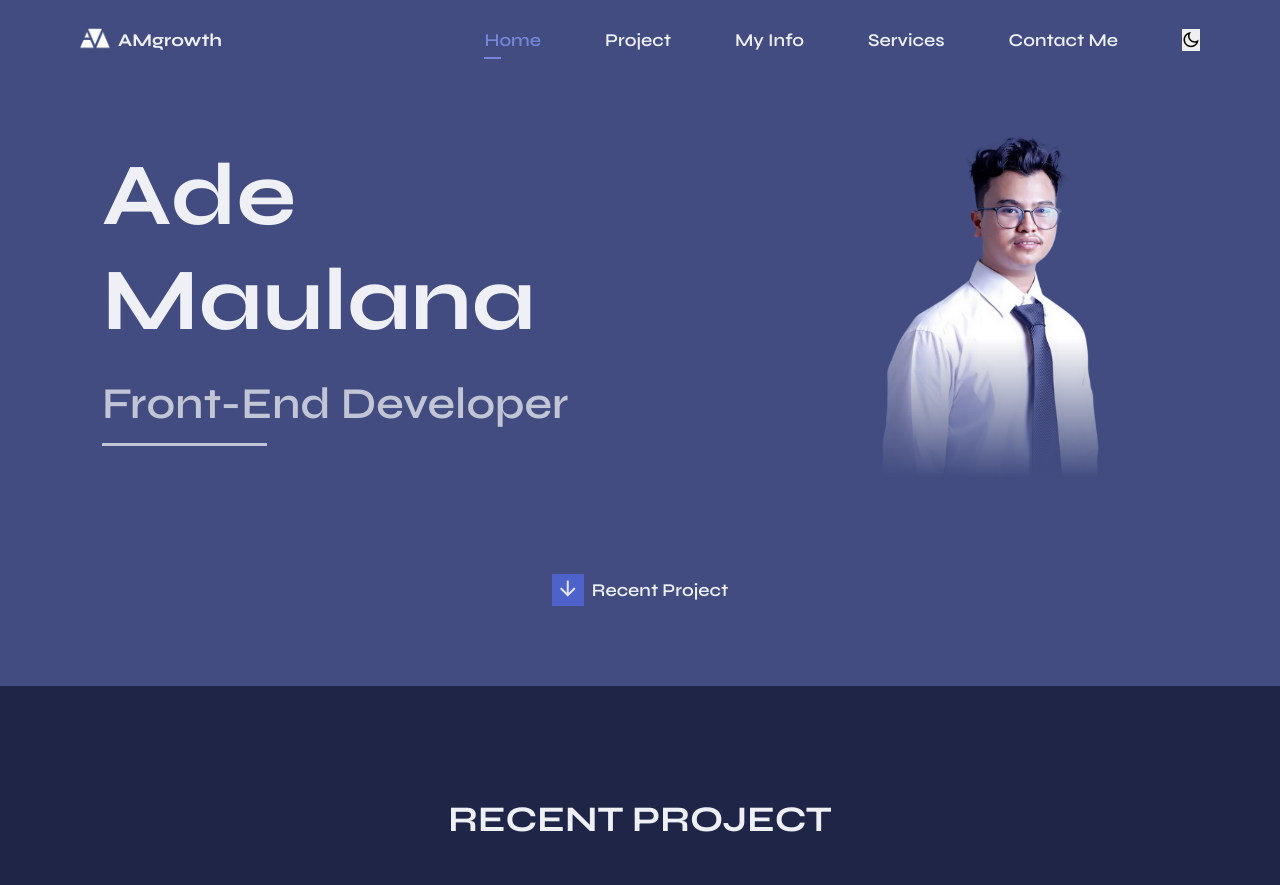
Repository: Ademaulana100499/portofolio
Page: index.html
An editor plug-in stored every save of this project. The page is shown before and after the next save, followed by the edit.
The browser window is 1280 px wide. The pictures show the part of the page from y = 0 to 885 px (the page is 6336 px tall).
A picture or video elsewhere on the page could not be fetched, so the positions and the page height are approximate. Some web fonts or font styles are not loaded; a fallback is used.

Above is the page before, as saved 2024-12-02 13:51:10.

After the next save:
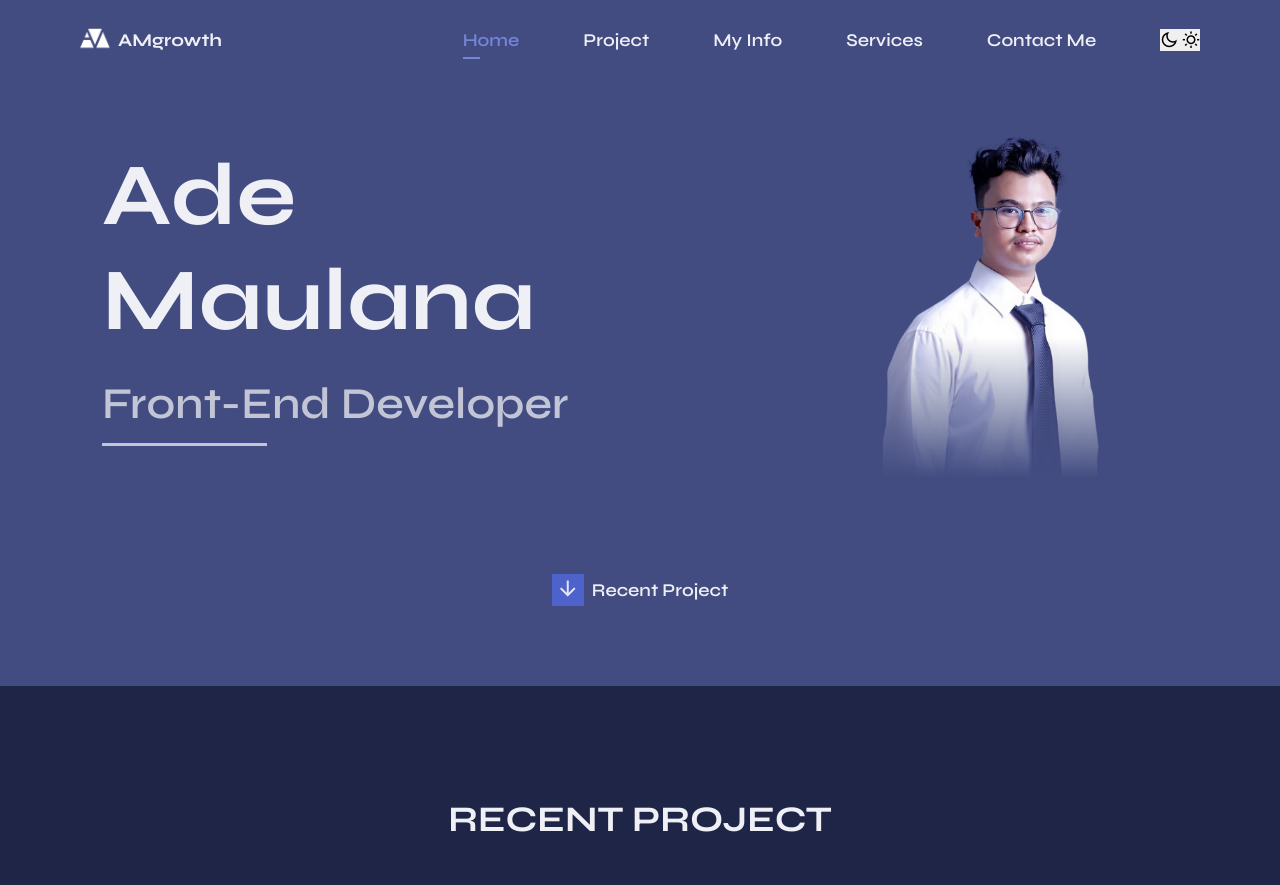
Saved 40 s later.
--- a/index.html
+++ b/index.html
@@ -42,6 +42,7 @@
             <li>
               <button class="theme-switch">
                 <i class="ri-moon-line"></i>
+                <i class="ri-sun-line"></i>
               </button>
             </li>
           </ul>
